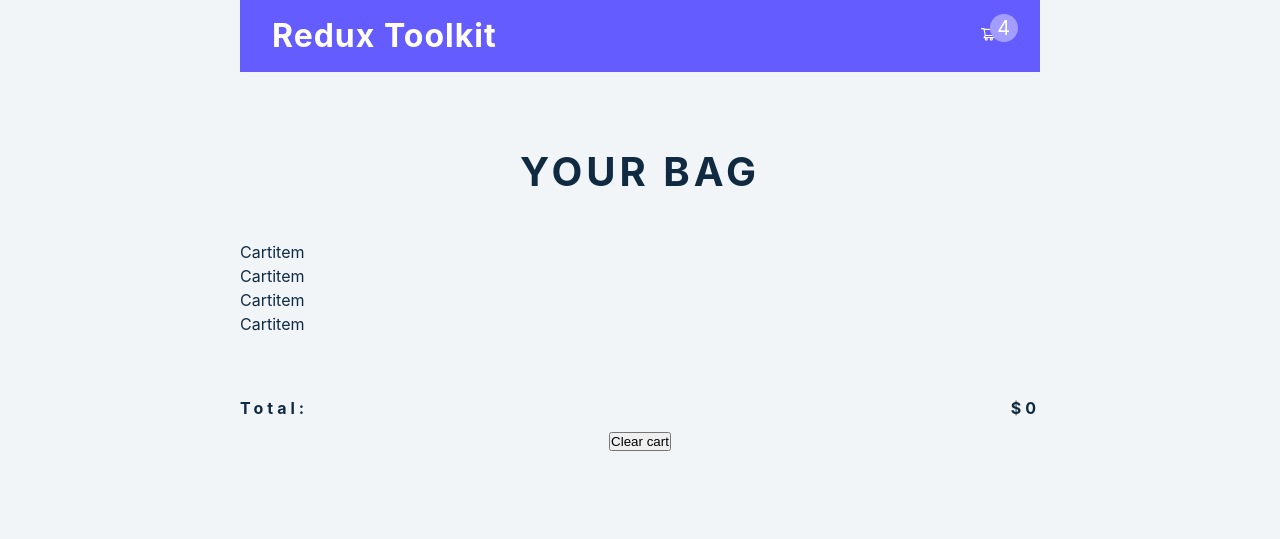
Repository: Nurlan-Bakenbaev/ReduxToolit
Page: /
These files come from the project's save history. The page is drawn as it stood at one moment and after a run of saves; the edit follows.
The browser window is 1280 px wide. The pictures show the whole page.
The project was rebuilt for these pictures with package versions that can differ from the ones it lists, and the page was loaded fresh each time.

Above is the page before, as saved 2023-11-08 23:28:36.

### src/index.js
import React from "react";
import { createRoot } from "react-dom/client";
import "./index.css";
import App from "./App";
import store from "./redux/store";
import { Provider } from "react-redux";
const container = document.getElementById("root");
const root = createRoot(container);

root.render(
  <React.StrictMode>
    <Provider store={store}>
      <App />
    </Provider>
  </React.StrictMode>
);

### src/index.css
/*
===============
Variables
===============
*/

:root {
  --clr-primary: #645cff;
  --clr-primary-dark: #282566;
  --clr-primary-light: #a29dff;
  --clr-grey-1: #102a42;
  --clr-grey-5: #617d98;
  --clr-grey-10: #f1f5f8;
  --clr-white: #fff;
  --clr-red-dark: hsl(360, 67%, 44%);
  --clr-red-light: hsl(360, 71%, 66%);
  --transition: all 0.3s linear;
  --spacing: 0.25rem;
  --radius: 0.25rem;
  --large-screen-width: 1170px;
  --small-screen-width: 90vw;
  --fixed-width: 50rem;
}
* {
  margin: 0;
  padding: 0;
  box-sizing: border-box;
}
body {
  font-family: -apple-system, BlinkMacSystemFont, 'Segoe UI', Roboto, Oxygen,
    Ubuntu, Cantarell, 'Open Sans', 'Helvetica Neue', sans-serif;
  background: var(--clr-grey-10);
  color: var(--clr-grey-1);
  line-height: 1.5;
  font-size: 0.875rem;
}
a {
  text-decoration: none;
}
img {
  width: 100%;
  display: block;
}
h1,
h2,
h3,
h4 {
  letter-spacing: var(--spacing);
  text-transform: capitalize;
  line-height: 1.25;
  margin-bottom: 0.75rem;
}
h1 {
  font-size: 3rem;
}
h2 {
  font-size: 2rem;
}
h3 {
  font-size: 1.5rem;
}
h4 {
  font-size: 0.875rem;
}
p {
  margin-bottom: 1.25rem;
}
@media screen and (min-width: 800px) {
  h1 {
    font-size: 4rem;
  }
  h2 {
    font-size: 2.5rem;
  }
  h3 {
    font-size: 2rem;
  }
  h4 {
    font-size: 1rem;
  }
  body {
    font-size: 1rem;
  }
  h1,
  h2,
  h3,
  h4 {
    line-height: 1;
  }
}
/* more global css */

.btn {
  text-transform: uppercase;
  background: var(--clr-primary);
  color: var(--clr-white);
  padding: 0.375rem 0.75rem;
  letter-spacing: var(--spacing);
  display: inline-block;
  font-weight: 700;
  transition: var(--transition);
  font-size: 0.875rem;
  border: none;
  cursor: pointer;
  box-shadow: 0 1px 3px rgba(0, 0, 0, 0.2);
}
.btn:hover {
  color: var(--clr-primary);
  background: var(--clr-primary-light);
}

/*
===============
Navbar
===============
*/
.loading {
  text-align: center;
  margin-top: 5rem;
}
nav {
  background: var(--clr-primary);
  padding: 1.25rem 2rem;
}
.nav-center {
  max-width: var(--fixed-width);
  width: 100%;
  margin: 0 auto;
  display: flex;
  justify-content: space-between;
  align-items: center;
}
nav h3 {
  margin-bottom: 0;
  letter-spacing: 1px;
  color: var(--clr-white);
}
.nav-container {
  display: block;
  position: relative;
}

nav svg {
  width: 40px;
  color: var(--clr-white);
}
.amount-container {
  position: absolute;
  top: -0.6rem;
  right: -0.6rem;
  width: 1.75rem;
  height: 1.75rem;
  border-radius: 50%;
  background: var(--clr-primary-light);
  display: flex;
  align-items: center;
  justify-content: center;
}
.total-amount {
  color: var(--clr-white);
  margin-bottom: 0;
  font-size: 1.25rem;
}
/*
===============
Cart
===============
*/
.cart {
  min-height: calc(100vh - 120px);
  width: 90vw;
  margin: 0 auto;
  margin-top: 40px;
  padding: 2.5rem 0;
  max-width: var(--fixed-width);
}
.cart h2 {
  text-transform: uppercase;
  text-align: center;
  margin-bottom: 3rem;
}
.empty-cart {
  text-transform: lowercase;
  color: var(--clr-grey-5);
  margin-top: 1rem;
  text-align: center;
}
.cart footer {
  margin-top: 4rem;
  text-align: center;
}
.cart-total h4 {
  text-transform: capitalize;
  display: flex;
  justify-content: space-between;
  margin-top: 1rem;
}
.clear-btn,
.confirm-btn {
  background: transparent;
  padding: 0.5rem 1rem;
  color: var(--clr-red-dark);
  border: 1px solid var(--clr-red-dark);
  margin-top: 2.25rem;
  border-radius: var(--radius);
}
.clear-btn:hover {
  background: var(--clr-red-light);
  color: var(--clr-red-dark);
  border-color: var(--clr-red-light);
}
.confirm-btn {
  border-color: var(--clr-primary);
  color: var(--clr-primary);
}
/*
===============
Cart Item
===============
*/
.cart-item {
  display: grid;
  align-items: center;
  grid-template-columns: auto 1fr auto;
  grid-column-gap: 1.5rem;
  margin: 1.5rem 0;
}
.cart-item img {
  width: 5rem;
  height: 5rem;
  object-fit: cover;
}
.cart-item h4 {
  margin-bottom: 0.5rem;
  font-weight: 500;
  letter-spacing: 2px;
}
.item-price {
  color: var(--clr-grey-5);
}
.remove-btn {
  color: var(--clr-primary);
  letter-spacing: var(--spacing);
  cursor: pointer;
  font-size: 0.85rem;
  background: transparent;
  border: none;
  margin-top: 0.375rem;
  transition: var(--transition);
}
.remove-btn:hover {
  color: var(--clr-primary-light);
}
.amount-btn {
  width: 24px;
  background: transparent;
  border: none;
  cursor: pointer;
}
.amount-btn svg {
  color: var(--clr-primary);
}
.amount-btn:hover svg {
  color: var(--clr-primary-light);
}
.amount {
  text-align: center;
  margin-bottom: 0;
  font-size: 1.25rem;
  line-height: 1;
}
hr {
  background: var(--clr-grey-5);
  border-color: transparent;
  border-width: 0.25px;
}

.modal-container {
  position: fixed;
  top: 0;
  left: 0;
  width: 100%;
  height: 100%;
  background: rgba(0, 0, 0, 0.7);
  z-index: 10;
  display: flex;
  align-items: center;
  justify-content: center;
}

.modal {
  background: var(--clr-white);
  width: 80vw;
  max-width: 400px;
  border-radius: var(--radius);
  padding: 2rem 1rem;
  text-align: center;
}
.modal h4 {
  margin-bottom: 0;
  line-height: 1.5;
}
.modal .clear-btn,
.modal .confirm-btn {
  margin-top: 1rem;
}
.btn-container {
  display: flex;
  justify-content: space-around;
}

### src/App.js
import React from "react";
import Navbar from "./components/Navbar";
import CartContainer from "./components/CartContainer";
function App() {
  return (
    <div>
      <Navbar />
      <CartContainer />
    </div>
  );
}
export default App;

### src/redux/store.js
import { configureStore } from "@reduxjs/toolkit";
import cartReducer from "./features/cartSlice";
const store = configureStore({
  reducer: {
    cart: cartReducer },
});
export default store;

### src/components/Navbar.js
import React from "react";
import { AiOutlineShoppingCart } from "react-icons/ai";
import { useSelector } from "react-redux";
const Navbar = () => {
  const { amount } = useSelector((store) => store.cart);
  console.log(useSelector((store) => store.cart[0]));
  return (
    <nav className="nav-center">
      <h3> Redux Toolkit</h3>
      <div className="nav-container">
        <AiOutlineShoppingCart />
        <div className="amount-container">
          <p className="total-amount">{amount}</p>
        </div>
      </div>
    </nav>
  );
};
export default Navbar;

### src/components/CartContainer.js
import React from "react";
import { useSelector } from "react-redux";
import Cartitem from "./Cartitem";

const CartContainer = () => {
  const { cartItems, total, amount } = useSelector((state) => state.cart);

  if (amount < 1) {
    return (
      <section className="cart">
        <header>
          <h2>Your Bag </h2>
          <h4 className="empty-cart">is currently empty</h4>
        </header>
      </section>
    );
  }
  return (
    <section className="cart">
      <header>
        <h2>Your bag</h2>
      </header>
      {cartItems?.map((item) => (
        <Cartitem key={item.id} {...item} />
      ))}
      <footer>
        <div className="cart-total">
          <h4>
            total:<span>${total} </span>
          </h4>
        </div>
      <button className="clear">Clear cart</button>
      </footer>
    </section>
  );
};

export default CartContainer;

### src/redux/features/cartSlice.js
import { createSlice } from "@reduxjs/toolkit";
import cartItems from "../../cartItems";
const initialState = {
  cartItems: cartItems,
  amount: 4,
  total: 0,
  isLoading: true,
};
const cartSlice = createSlice({
  name: "cart",
  initialState,
});
export default cartSlice.reducer;

### src/components/Cartitem.js
import React from "react";

const Cartitem = () => {
  return <div>Cartitem</div>;
};
export default Cartitem;

### src/cartItems.js
const cartItems = [
  {
    id: 'rec1JZlfCIBOPdcT2',
    title: 'Samsung Galaxy S8',
    price: '399.99',
    img: 'https://images2.imgbox.com/c2/14/zedmXgs6_o.png',
    amount: 1,
  },
  {
    id: 'recB6qcHPxb62YJ75',
    title: 'google pixel',
    price: '499.99',
    img: 'https://images2.imgbox.com/fb/3d/O4TPmhlt_o.png',
    amount: 1,
  },
  {
    id: 'recdRxBsE14Rr2VuJ',
    title: 'Xiaomi Redmi Note 2',
    price: '699.99',
    img: 'https://images2.imgbox.com/4f/3d/WN3GvciF_o.png',
    amount: 1,
  },
  {
    id: 'recwTo160XST3PIoW',
    title: 'Samsung Galaxy S7',
    price: '599.99 ',
    img: 'https://images2.imgbox.com/2e/7c/yFsJ4Zkb_o.png',
    amount: 1,
  },
];
export default cartItems;

Loaded but not shown: public/index.html (common file)

After the next 3 saves:
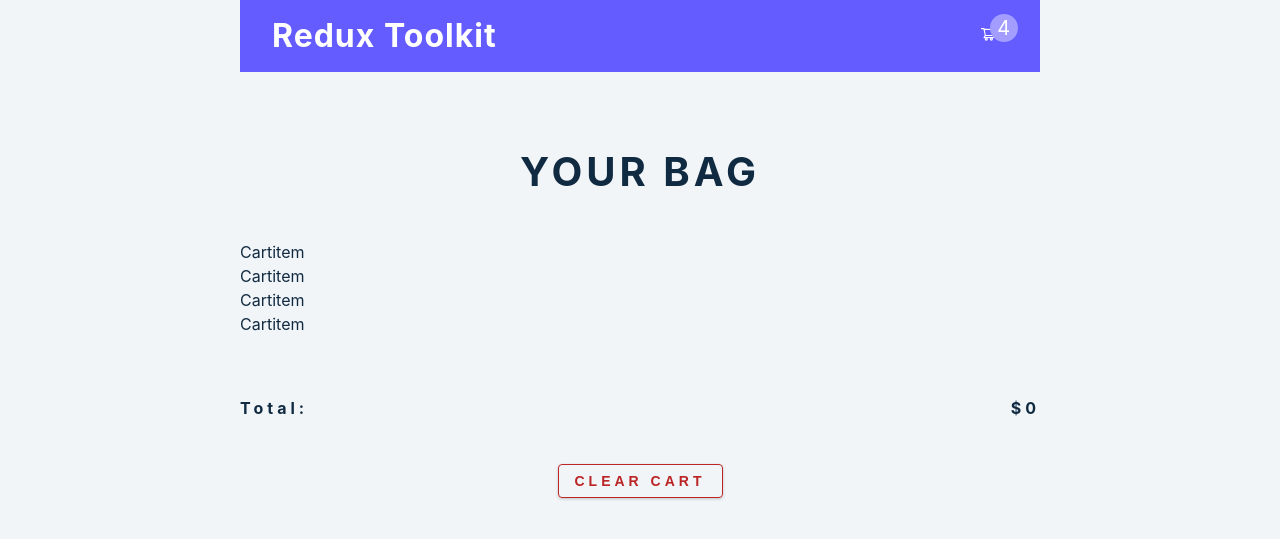
The 3 saves are shown as one change because they came seconds apart.
The last was saved 13 s later.
--- a/src/components/CartContainer.js
+++ b/src/components/CartContainer.js
@@ -29,7 +29,7 @@
             total:<span>${total} </span>
           </h4>
         </div>
-      <button className="clear">Clear cart</button>
+        <button className="btn clear-btn">Clear cart</button>
       </footer>
     </section>
   );
